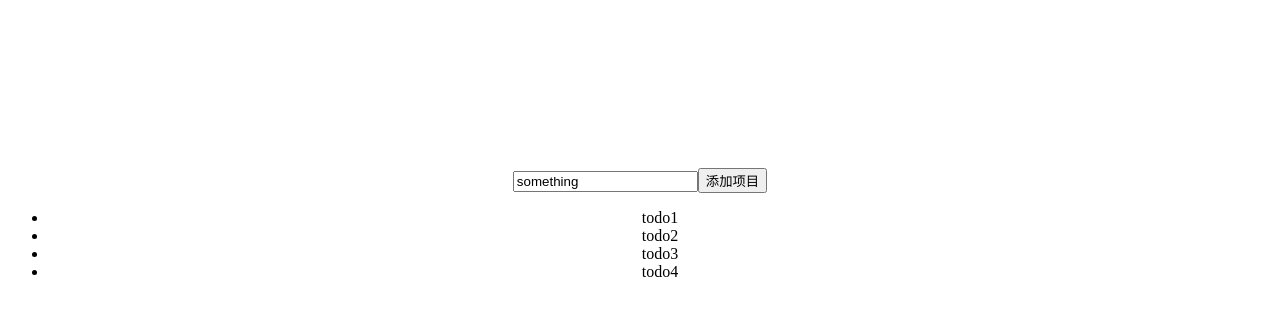
Repository: ArtemisWang/todolistProject
Page: /
An editor plug-in stored every save of this project. The page is shown before and after the next save, followed by the edit.
The browser window is 1280 px wide. The pictures show the whole page.
The project was rebuilt for these pictures with package versions that can differ from the ones it lists, and the page was loaded fresh each time.

Above is the page before, as saved 2020-02-28 21:34:01.

After the next save:
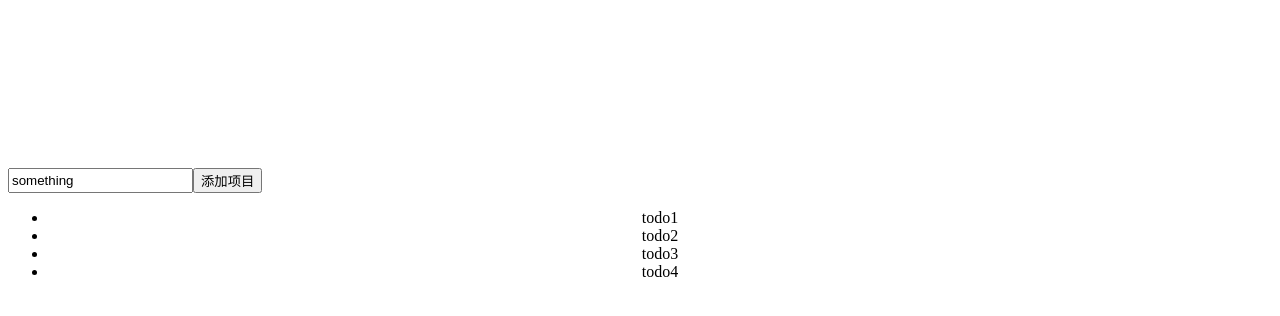
Saved 22 s later.
--- a/src/App.css
+++ b/src/App.css
@@ -4,5 +4,5 @@
 }
 
 .input{
-    display: inline;
+    display: flex;
 }

After the save that followed:
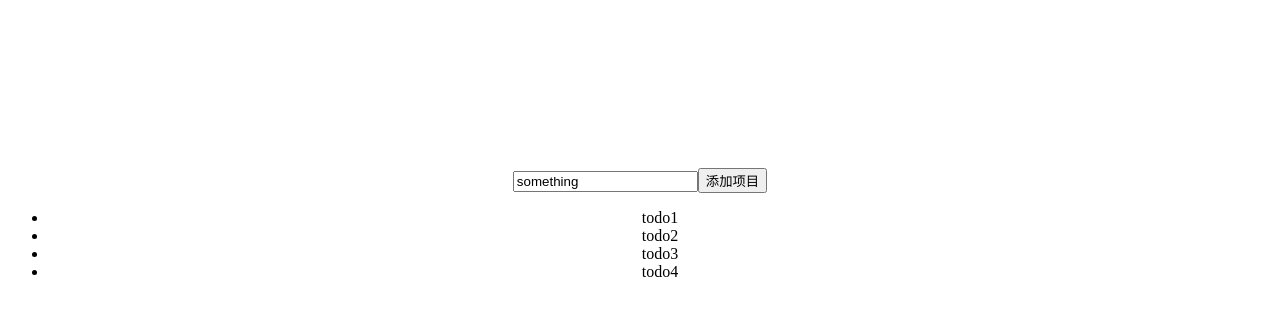
Saved 10 s later.
--- a/src/App.css
+++ b/src/App.css
@@ -4,5 +4,5 @@
 }
 
 .input{
-    display: flex;
+    display: block;
 }
